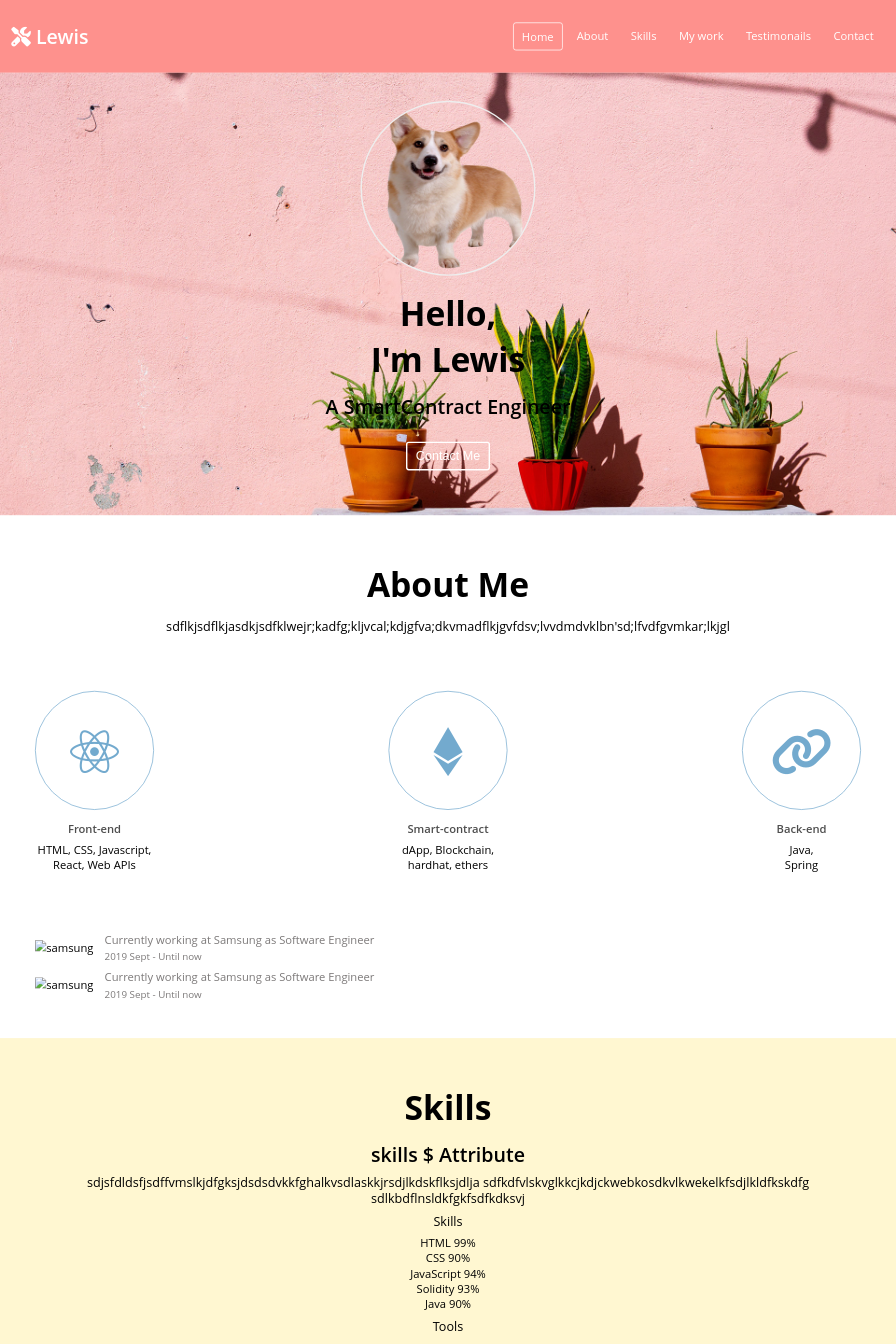
Repository: woojinShim/woojinShim.github.io
Page: index.html
The author's editor kept a copy of each file at every save. The page is drawn from the files as they stood at one save, then again after the next save.
The browser window is 1280 px wide. The pictures show the part of the page from y = 0 to 1920 px (the page is 7103 px tall), at 70% of full size.
Some web libraries are served in a nearby version.

Above is the page before, as saved 2022-03-08 19:50:13.

After the next save:
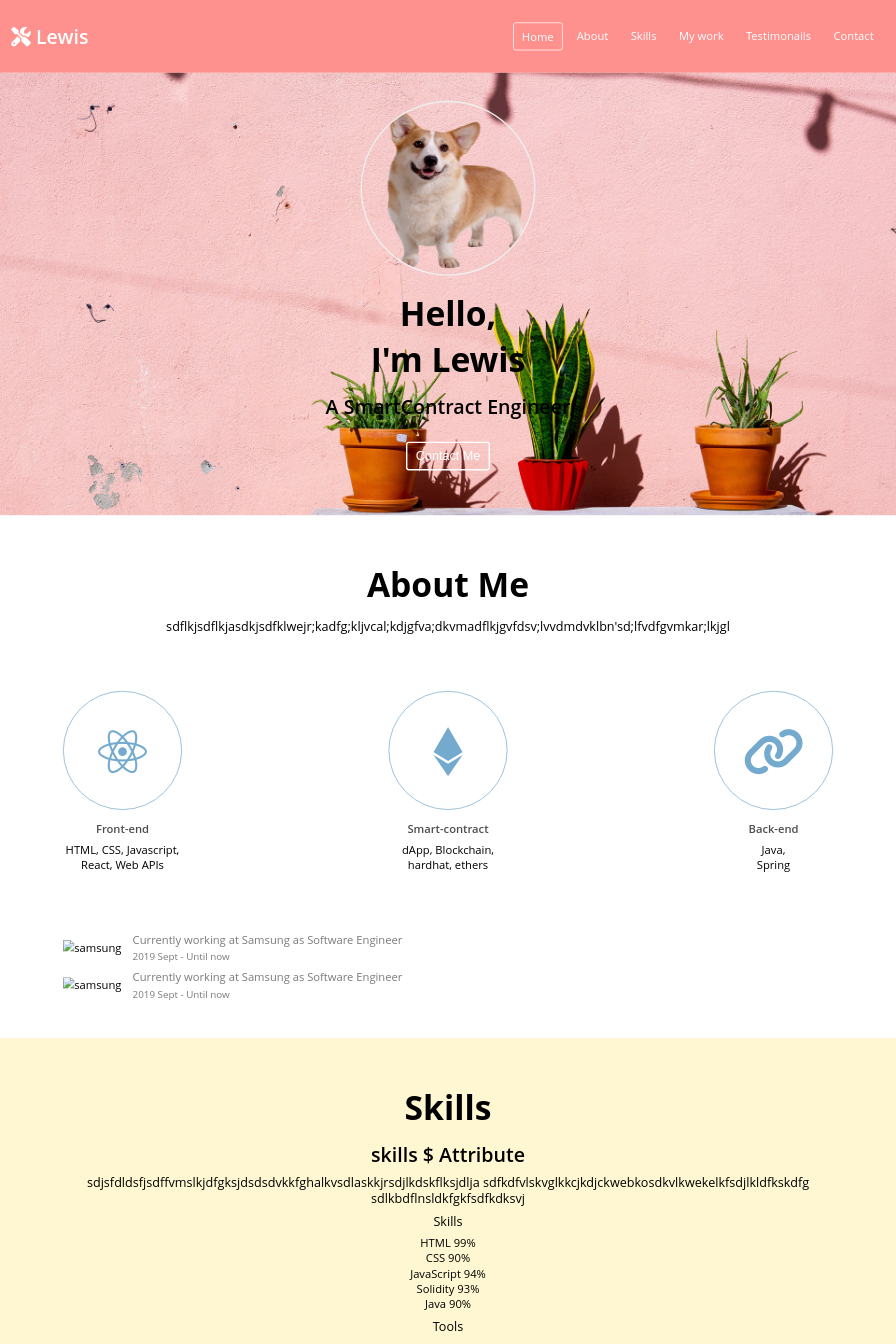
Saved 26 s later.
--- a/index.html
+++ b/index.html
@@ -40,7 +40,7 @@
         <button class="home__contact">Contact Me</button>
     </section>
     <!-- About -->
-    <section id="about" class="section">
+    <section id="about" class="section section__container">
         <h1>About Me</h1>
         <p>sdflkjsdflkjasdkjsdfklwejr;kadfg;kljvcal;kdjgfva;dkvmadflkjgvfdsv;lvvdmdvklbn'sd;lfvdfgvmkar;lkjgl</p>
         <div class="about__majors">
